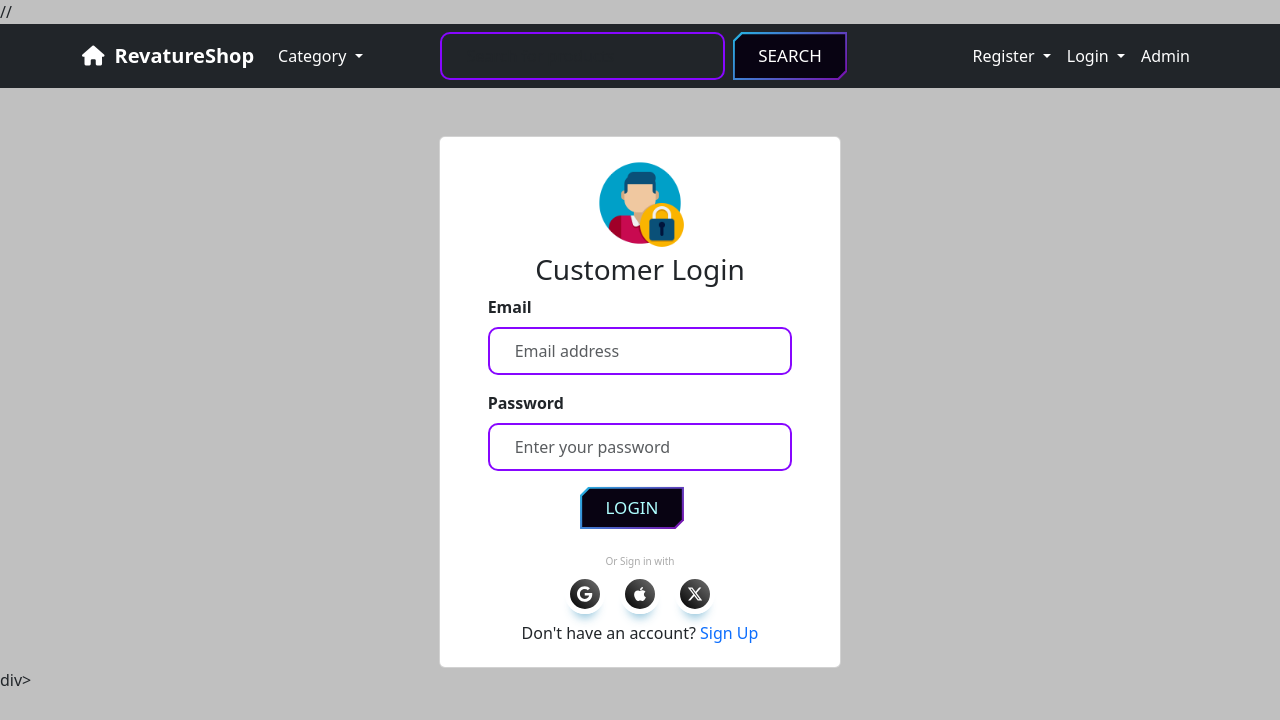
Repository: asmitsuragond15/Project_Ecom
Page: http://localhost/RevatureShop/login.jsp
The author's editor kept a copy of each file at every save. The page is drawn from the files as they stood at one save, then again after the next save.
The browser window is 1280 px wide. The pictures show the whole page.
The page is served by Tomcat 10. Other server files are loaded and not shown. Queries for data that is not in the repository find no rows.

Above is the page before, as saved 2024-08-31 19:10:08.

### RevatureShop/src/main/webapp/login.jsp
<%@ page language="java" contentType="text/html; charset=ISO-8859-1"
	pageEncoding="ISO-8859-1"%>
<!DOCTYPE html>
<html>
<head>
<meta charset="ISO-8859-1">
<title>Login</title>
<%@include file="Components/common_css_js.jsp"%>
<style>


label{
	font-weight: bold;
}



.btn {
  --border-color: linear-gradient(-45deg, #ffae00, #7e03aa, #00fffb);
  --border-width: 0.125em;
  --curve-size: 0.5em;
  --blur: 30px;
  --bg: #080312;
  --color: #afffff;
  color: var(--color);
  cursor: pointer;
  /* use position: relative; so that BG is only for .btn */
  position: relative;
  isolation: isolate;
  display: inline-grid;
  place-content: center;
  padding: 0.5em 1.5em;
  font-size: 17px;
  border: 0;
  text-transform: uppercase;
  box-shadow: 10px 10px 20px rgba(0, 0, 0, 0.6);
  clip-path: polygon(
    /* Top-left */ 0% var(--curve-size),
    var(--curve-size) 0,
    /* top-right */ 100% 0,
    100% calc(100% - var(--curve-size)),
    /* bottom-right 1 */ calc(100% - var(--curve-size)) 100%,
    /* bottom-right 2 */ 0 100%
  );
  transition: color 250ms;
}

.btn::after,
.btn::before {
  content: "";
  position: absolute;
  inset: 0;
}

.btn::before {
  background: var(--border-color);
  background-size: 300% 300%;
  animation: move-bg7234 5s ease infinite;
  z-index: -2;
}

@keyframes move-bg7234 {
  0% {
    background-position: 31% 0%;
  }

  50% {
    background-position: 70% 100%;
  }

  100% {
    background-position: 31% 0%;
  }
}

.btn::after {
  background: var(--bg);
  z-index: -1;
  clip-path: polygon(
    /* Top-left */ var(--border-width)
      calc(var(--curve-size) + var(--border-width) * 0.5),
    calc(var(--curve-size) + var(--border-width) * 0.5) var(--border-width),
    /* top-right */ calc(100% - var(--border-width)) var(--border-width),
    calc(100% - var(--border-width))
      calc(100% - calc(var(--curve-size) + var(--border-width) * 0.5)),
    /* bottom-right 1 */
      calc(100% - calc(var(--curve-size) + var(--border-width) * 0.5))
      calc(100% - var(--border-width)),
    /* bottom-right 2 */ var(--border-width) calc(100% - var(--border-width))
  );
  transition: clip-path 500ms;
}

.btn:where(:hover, :focus)::after {
  clip-path: polygon(
    /* Top-left */ calc(100% - var(--border-width))
      calc(100% - calc(var(--curve-size) + var(--border-width) * 0.5)),
    calc(100% - var(--border-width)) var(--border-width),
    /* top-right */ calc(100% - var(--border-width)) var(--border-width),
    calc(100% - var(--border-width))
      calc(100% - calc(var(--curve-size) + var(--border-width) * 0.5)),
    /* bottom-right 1 */
      calc(100% - calc(var(--curve-size) + var(--border-width) * 0.5))
      calc(100% - var(--border-width)),
    /* bottom-right 2 */
      calc(100% - calc(var(--curve-size) + var(--border-width) * 0.5))
      calc(100% - var(--border-width))
  );
  transition: 200ms;
}

.btn:where(:hover, :focus) {
  color: #fff;
}

.form-control{
  color: white;
  border: 2px solid #8707ff;
  border-radius: 10px;
  padding: 10px 25px;
  background: transparent;
  max-width: 100%;
}

.form-control:active {
  box-shadow: 2px 2px 15px #8707ff inset;
}




.social-account-container {
  margin-top: 25px;
}

.social-account-container .title {
  display: block;
  text-align: center;
  font-size: 10px;
  color: rgb(170, 170, 170);
}

.social-account-container .social-accounts {
  width: 100%;
  display: flex;
  justify-content: center;
  gap: 15px;
  margin-top: 5px;
  margin-bottom:10px;
}

.social-account-container .social-accounts .social-button {
  background: linear-gradient(45deg, rgb(0, 0, 0) 0%, rgb(112, 112, 112) 100%);
  border: 5px solid white;
  padding: 5px;
  border-radius: 50%;
  width: 40px;
  aspect-ratio: 1;
  display: grid;
  place-content: center;
  box-shadow: rgba(133, 189, 215, 0.8784313725) 0px 12px 10px -8px;
  transition: all 0.2s ease-in-out;
}

.social-account-container .social-accounts .social-button .svg {
  fill: white;
  margin: auto;
}

.social-account-container .social-accounts .social-button:hover {
  transform: scale(1.2);
}

.social-account-container .social-accounts .social-button:active {
  transform: scale(0.9);
}

.card-body
{
background-colour:rgb(155, 169, 142);
}

</style>
</head>
<body >

	<!--navbar -->
	//<%@include file="Components/navbar.jsp"%>


	<div class="container-fluid ">
		<div class="row mt-5">
			<div class="col-md-4 offset-md-4">
				<div class="card">
					<div class="card-body px-5 ">

						<div class="container text-center">
							<img src="Images/login.png" style="max-width: 100px;"
								class="img-fluid">
						</div>
						<h3 class="text-center">Customer Login</h3>
						<%@include file="Components/alert_message.jsp" %>

						<!--login-form-->
						<form id="login-form" action="LoginServlet" method="post">
							<input type="hidden" name="login" value="user">
							<div class="mb-3">
								<label class="form-label">Email</label> <input
									type="email" name="user_email" placeholder="Email address"
									class="form-control" required>
							</div>
							<div class="mb-3">
								<label class="form-label">Password</label>
								<input type="password" name="user_password"
									placeholder="Enter your password" class="form-control" required>
							</div>
							<div id="login-btn" class="container text-center">
								<button type="submit" class="btn btn-outline-primary me-3">Login</button>
							</div>
						</form>
						<div class="mt-3 text-center">


							 <div class="social-account-container">
        <span class="title">Or Sign in with</span>
        <div class="social-accounts">
          <button class="social-button google">
            <svg class="svg" xmlns="http://www.w3.org/2000/svg" height="1em" viewBox="0 0 488 512">
              <path d="M488 261.8C488 403.3 391.1 504 248 504 110.8 504 0 393.2 0 256S110.8 8 248 8c66.8 0 123 24.5 166.3 64.9l-67.5 64.9C258.5 52.6 94.3 116.6 94.3 256c0 86.5 69.1 156.6 153.7 156.6 98.2 0 135-70.4 140.8-106.9H248v-85.3h236.1c2.3 12.7 3.9 24.9 3.9 41.4z"></path>
            </svg></button>
          <button class="social-button apple">
            <svg class="svg" xmlns="http://www.w3.org/2000/svg" height="1em" viewBox="0 0 384 512">
              <path d="M318.7 268.7c-.2-36.7 16.4-64.4 50-84.8-18.8-26.9-47.2-41.7-84.7-44.6-35.5-2.8-74.3 20.7-88.5 20.7-15 0-49.4-19.7-76.4-19.7C63.3 141.2 4 184.8 4 273.5q0 39.3 14.4 81.2c12.8 36.7 59 126.7 107.2 125.2 25.2-.6 43-17.9 75.8-17.9 31.8 0 48.3 17.9 76.4 17.9 48.6-.7 90.4-82.5 102.6-119.3-65.2-30.7-61.7-90-61.7-91.9zm-56.6-164.2c27.3-32.4 24.8-61.9 24-72.5-24.1 1.4-52 16.4-67.9 34.9-17.5 19.8-27.8 44.3-25.6 71.9 26.1 2 49.9-11.4 69.5-34.3z"></path>
            </svg>
          </button>
          <button class="social-button twitter">
            <svg class="svg" xmlns="http://www.w3.org/2000/svg" height="1em" viewBox="0 0 512 512">
              <path d="M389.2 48h70.6L305.6 224.2 487 464H345L233.7 318.6 106.5 464H35.8L200.7 275.5 26.8 48H172.4L272.9 180.9 389.2 48zM364.4 421.8h39.1L151.1 88h-42L364.4 421.8z"></path>
            </svg>
          </button>
        </div>
							<h6>
								Don't have an account?<a href="register.jsp"
									style="text-decoration: none"> Sign Up</a>
							</h6>
						</div>
					</div>

				</div>
			</div>
		</div>
	</div>
</div>div>

</body>
</html>

### RevatureShop/src/main/webapp/Components/common_css_js.jsp
<!--CSS-->
<link href="https://cdn.jsdelivr.net/npm/bootstrap@5.3.0/dist/css/bootstrap.min.css" rel="stylesheet" integrity="sha384-9ndCyUaIbzAi2FUVXJi0CjmCapSmO7SnpJef0486qhLnuZ2cdeRhO02iuK6FUUVM" crossorigin="anonymous">
<!--font awesome-->
<!--<link rel="stylesheet" href="https://cdnjs.cloudflare.com/ajax/libs/font-awesome/4.7.0/css/font-awesome.min.css">
-->
<link rel="stylesheet" href="https://cdnjs.cloudflare.com/ajax/libs/font-awesome/6.4.0/css/all.min.css">
<link rel="stylesheet" href="CSS/style.css"/>


<!--JavaScript-->
<script src="https://cdn.jsdelivr.net/npm/bootstrap@5.3.0/dist/js/bootstrap.bundle.min.js" integrity="sha384-geWF76RCwLtnZ8qwWowPQNguL3RmwHVBC9FhGdlKrxdiJJigb/j/68SIy3Te4Bkz" crossorigin="anonymous"></script>
<script src="JS/script.js"></script>

<!--jQuery-->
<script src="https://code.jquery.com/jquery-3.7.0.min.js" integrity="sha256-2Pmvv0kuTBOenSvLm6bvfBSSHrUJ+3A7x6P5Ebd07/g=" crossorigin="anonymous"></script>
<!--sweet alert-->
<script src="https://unpkg.com/sweetalert/dist/sweetalert.min.js"></script>
<script src="https://cdn.jsdelivr.net/npm/sweetalert2@11"></script>

### RevatureShop/src/main/webapp/Components/navbar.jsp
<%@page import="com.revature.entities.Admin"%>
<%@page import="com.revature.entities.Cart"%>
<%@page import="com.revature.dao.CartDao"%>
<%@page import="com.revature.entities.User"%>
<%@page import="java.util.List"%>
<%@page import="com.revature.entities.Category"%>
<%@page import="com.revature.helper.ConnectionProvider"%>
<%@page import="com.revature.dao.CategoryDao"%>
<%
User user = (User) session.getAttribute("activeUser");
Admin admin = (Admin) session.getAttribute("activeAdmin");

CategoryDao catDao = new CategoryDao(ConnectionProvider.getConnection());
List<Category> categoryList = catDao.getAllCategories();
int cartCount = 0; // Initialize cartCount to prevent errors

if (user != null) {
    CartDao cartDao = new CartDao(ConnectionProvider.getConnection());
    cartCount = cartDao.getCartCountByUserId(user.getUserId());
}
%>
<style>
    .navbar {
        font-weight: 500;
    }
    .nav-link {
        color: #ffffff !important;
        font-size: 1rem;
    }
    .navbar-brand {
        font-size: 1.25rem;
        font-weight: bold;
    }
    .dropdown-menu {
        background-color: #343a40 !important;
        border: none;
    }
    .dropdown-menu li a {
        color: #ffffff;
    }
    .dropdown-menu li a:hover {
        background-color: #495057 !important;
        color: #ffffff;
    }
    .btn-outline-light {
        border-color: #ffffff;
        color: #ffffff;
    }
    .btn-outline-light:hover {
        background-color: #ffffff;
        color: #343a40;
    }
    .navbar-toggler-icon {
        background-image: url('data:[embedded picture, 283 characters]');
    }
    input
    {
    background-colour:white;
    }
</style>
<nav class="navbar navbar-expand-lg navbar-dark bg-dark">
    <div class="container">
        <a class="navbar-brand" href="index.jsp">
            <i class="fa-sharp fa-solid fa-house"></i>&ensp;RevatureShop
        </a>
        <button class="navbar-toggler" type="button" data-bs-toggle="collapse" data-bs-target="#navbarSupportedContent" aria-controls="navbarSupportedContent" aria-expanded="false" aria-label="Toggle navigation">
            <span class="navbar-toggler-icon"></span>
        </button>
        <div class="collapse navbar-collapse" id="navbarSupportedContent">
            <% if (admin != null) { %>
                <!-- Admin Nav Bar -->
                <ul class="navbar-nav ms-auto mb-2 mb-lg-0">
                    <li class="nav-item">
                        <button type="button" class="btn btn-outline-light" data-bs-toggle="modal" data-bs-target="#add-category">
                            <i class="fa-solid fa-plus fa-xs"></i>&nbsp;Add Category
                        </button>
                    </li>
                    <li class="nav-item">
                        <button type="button" class="btn btn-outline-light" data-bs-toggle="modal" data-bs-target="#add-product">
                            <i class="fa-solid fa-plus fa-xs"></i>&nbsp;Add Product
                        </button>
                    </li>
                    <li class="nav-item">
                        <a class="nav-link" href="admin.jsp"><%=admin.getName()%></a>
                    </li>
                    <li class="nav-item">
                        <a class="nav-link" href="LogoutServlet?user=admin">
                            <i class="fa-solid fa-user-slash"></i>&nbsp;Logout
                        </a>
                    </li>
                </ul>
            <% } else { %>
                <!-- Guest/All Users Nav Bar -->
                <ul class="navbar-nav me-auto mb-2 mb-lg-0">

                    <li class="nav-item dropdown">
                        <a class="nav-link dropdown-toggle" href="#" role="button" data-bs-toggle="dropdown" aria-expanded="false">
                            Category
                        </a>
                        <ul class="dropdown-menu">
                            <li><a class="dropdown-item" href="products.jsp?category=0">All Products</a></li>
                            <% for (Category c : categoryList) { %>
                                <li><a class="dropdown-item" href="products.jsp?category=<%=c.getCategoryId()%>"><%=c.getCategoryName()%></a></li>
                            <% } %>
                        </ul>
                    </li>
                </ul>
                <form class="d-flex pe-5" role="search" action="products.jsp" method="get">
                    <input name="search" class="form-control me-2" type="search" placeholder="Search for products" aria-label="Search">
                    <button class="btn btn-outline-light" type="submit">Search</button>
                </form>
                <% if (user != null) { %>
                    <!-- Logged-in User Nav Bar -->
                    <ul class="navbar-nav ms-auto">
                        <li class="nav-item pe-3">
                            <a class="nav-link position-relative" href="cart.jsp">
                                <i class="fa-solid fa-cart-shopping"></i>&nbsp;Cart
                                <span class="position-absolute top-0 start-100 translate-middle badge rounded-pill bg-danger"><%=cartCount%></span>
                            </a>
                        </li>
                        <li class="nav-item pe-3">
                            <a class="nav-link" href="profile.jsp"><%=user.getUserName()%></a>
                        </li>
                        <li class="nav-item pe-3">
                            <a class="nav-link" href="LogoutServlet?user=user">
                                <i class="fa-solid fa-user-slash"></i>&nbsp;Logout
                            </a>
                        </li>
                    </ul>
                <% } else { %>
                    <!-- Guest Nav Bar -->
                    <ul class="navbar-nav ms-auto">
                        <li class="nav-item dropdown">
                            <a class="nav-link dropdown-toggle" href="#" role="button" data-bs-toggle="dropdown" aria-expanded="false">
                                Register
                            </a>
                            <ul class="dropdown-menu">
                                <li><a class="dropdown-item" href="register.jsp">
                                    <i class="fa-solid fa-user-plus"></i> Register Customer
                                </a></li>
                                <li><a class="dropdown-item" href="seller.jsp">
                                    <i class="fa-solid fa-user-plus"></i> Register Seller
                                </a></li>
                            </ul>
                        </li>
                        <li class="nav-item dropdown">
                            <a class="nav-link dropdown-toggle" href="#" role="button" data-bs-toggle="dropdown" aria-expanded="false">
                                Login
                            </a>
                            <ul class="dropdown-menu">
                                <li><a class="dropdown-item" href="login.jsp">
                                    <i class="fa-solid fa-user-lock"></i> Login Customer
                                </a></li>
                                <li><a class="dropdown-item" href="sellerlogin.jsp">
                                    <i class="fa-solid fa-user-lock"></i> Login Seller
                                </a></li>
                            </ul>
                        </li>
                        <li class="nav-item">
                            <a class="nav-link" href="admin.jsp">Admin</a>
                        </li>
                    </ul>
                <% } %>
            <% } %>
        </div>
    </div>
</nav>

### RevatureShop/src/main/webapp/Components/alert_message.jsp
<%@page import="com.eazydeals.entities.Message"%>
<%
Message messg = (Message) session.getAttribute("message");
if (messg != null) {
%>
<div class="alert <%=messg.getCssClass()%>" role="alert" id="alert">
	<%=messg.getMessage()%>
</div>
<%
session.removeAttribute("message");
}
%>
<script type="text/javascript">
	setTimeout(function() {
		$('#alert').alert('close');
	}, 3000);
</script>

### RevatureShop/src/main/java/com/revature/dao/CategoryDao.java
package com.revature.dao;

import java.sql.Connection;
import java.sql.PreparedStatement;
import java.sql.ResultSet;
import java.sql.SQLException;
import java.sql.Statement;
import java.util.ArrayList;
import java.util.List;
import com.revature.entities.Category;

public class CategoryDao {
	private Connection con;

	public CategoryDao(Connection con) {
		super();
		this.con = con;
	}

	public boolean saveCategory(Category category) {
		boolean flag = false;

		try {
			String query = "insert into category(name, image) values(?, ?)";
			PreparedStatement psmt = this.con.prepareStatement(query);
			psmt.setString(1, category.getCategoryName());
			psmt.setString(2, category.getCategoryImage());

			psmt.executeUpdate();
			flag = true;

		} catch (SQLException e) {
			e.printStackTrace();
		}
		return flag;
	}

	public List<Category> getAllCategories() {

		List<Category> list = new ArrayList<>();
		try {

			String query = "select * from category";
			Statement statement = this.con.createStatement();

			ResultSet rs = statement.executeQuery(query);
			while (rs.next()) {
				Category category = new Category();
				category.setCategoryId(rs.getInt("cid"));
				category.setCategoryName(rs.getString("name"));
				category.setCategoryImage(rs.getString("image"));

				list.add(category);
			}
		} catch (Exception e) {
			e.printStackTrace();
		}

		return list;
	}
	public Category getCategoryById(int cid) {
		Category category = new Category();
		try {
			String query = "select * from category where cid = ?";
			PreparedStatement psmt = this.con.prepareStatement(query);
			psmt.setInt(1, cid);
			ResultSet rs = psmt.executeQuery();
			while (rs.next()) {
				category.setCategoryId(rs.getInt("cid"));
				category.setCategoryName(rs.getString("name"));
				category.setCategoryImage(rs.getString("image"));
			}
		} catch (Exception e) {
			e.printStackTrace();
		}
		return category;
	}
	public String getCategoryName(int catId) {
		String category = "";
		try {
			String query = "select * from category where cid = ?";
			PreparedStatement psmt = this.con.prepareStatement(query);
			psmt.setInt(1, catId);
			ResultSet rs = psmt.executeQuery();
			while (rs.next()) {
				category = rs.getString("name");
			}

		} catch (Exception e) {
			e.printStackTrace();
		}
		return category;
	}

	public void updateCategory(Category cat) {
		try {
			String query = "update category set name=?, image=? where cid=?";
			PreparedStatement psmt = this.con.prepareStatement(query);
			psmt.setString(1, cat.getCategoryName());
			psmt.setString(2, cat.getCategoryImage());
			psmt.setInt(3, cat.getCategoryId());

			psmt.executeUpdate();
		} catch (Exception e) {
			e.printStackTrace();
		}
	}

	public void deleteCategory(int cid) {
		try {
			String query = "delete from category where cid = ?";
			PreparedStatement psmt = this.con.prepareStatement(query);
			psmt.setInt(1, cid);

			psmt.executeUpdate();

		} catch (Exception e) {
			e.printStackTrace();
		}
	}
	public int categoryCount() {
		int count = 0;
		try {
			String query = "select count(*) from category";
			Statement stmt = con.createStatement();
			ResultSet rs = stmt.executeQuery(query);
			rs.next();
			count = rs.getInt(1);
		} catch (Exception e) {
			e.printStackTrace();
		}
		return count;
	}
}

### RevatureShop/src/main/java/com/revature/helper/ConnectionProvider.java
package com.revature.helper;

import java.sql.Connection;
import java.sql.DriverManager;
import jakarta.servlet.http.HttpServlet;

public class ConnectionProvider extends HttpServlet{

	private static final long serialVersionUID = 1L;
	private static Connection connection;

	public static Connection getConnection() {

		try {
			if (connection == null) {
				Class.forName("com.mysql.cj.jdbc.Driver");
				connection = DriverManager.getConnection("jdbc:mysql://localhost:3306/eazydeals","root","P7028460201p$");
			}
		} catch (Exception e) {
			e.printStackTrace();
		}
		return connection;
	}

}

### RevatureShop/src/main/webapp/CSS/style.css
.custom-color {
	/*background: linear-gradient(90deg, rgba(198,245,255,1) 0%, rgba(137,182,254,1) 28%, rgba(123,124,255,1) 58%, rgba(105,97,255,1) 87%, rgba(36,24,255,1) 100%);
*/
	background: radial-gradient(circle, rgba(112, 192, 255, 1) 0%,
		rgba(98, 153, 254, 1) 24%, rgba(123, 124, 255, 1) 49%,
		rgba(97, 124, 255, 1) 86%, rgba(36, 24, 255, 1) 100%);
}

body {
	background-color: rgb(192, 192, 192);
	}

Loaded but not shown: RevatureShop/src/main/webapp/JS/script.js (common file)

After the next save:
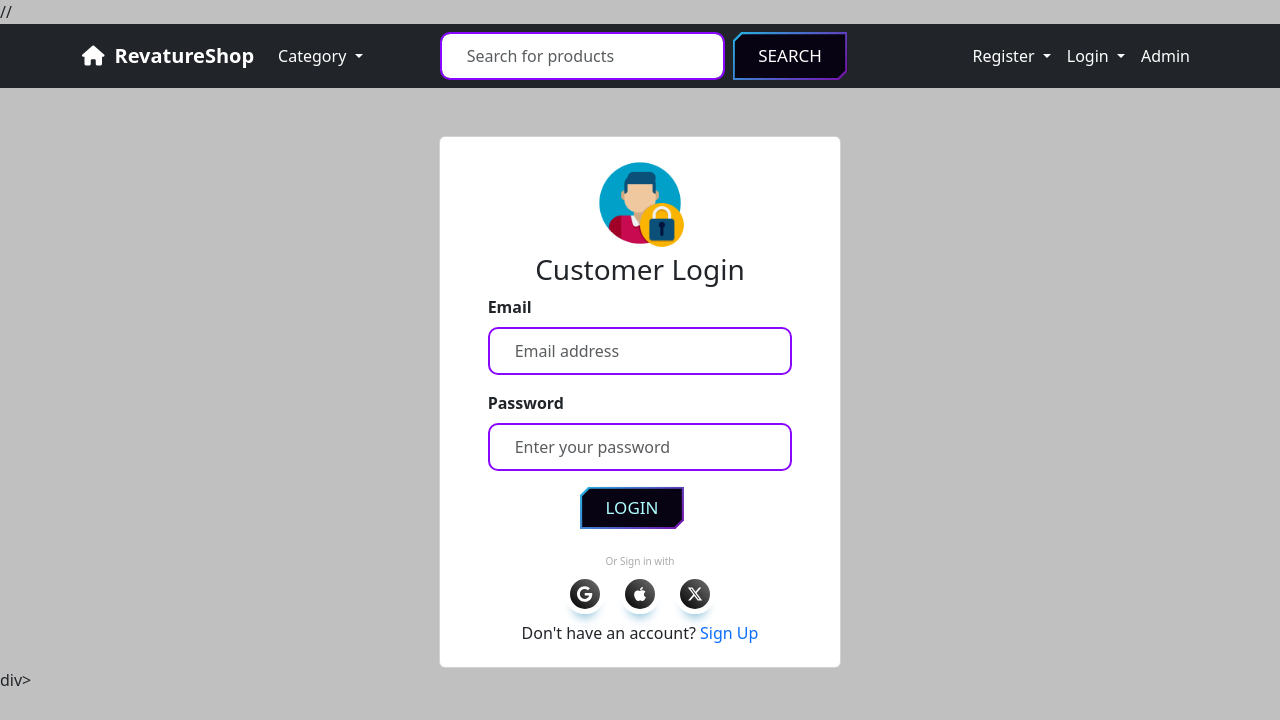
Saved 2 min 25 s later.
--- a/RevatureShop/src/main/webapp/login.jsp
+++ b/RevatureShop/src/main/webapp/login.jsp
@@ -118,7 +118,7 @@ label{
   border: 2px solid #8707ff;
   border-radius: 10px;
   padding: 10px 25px;
-  background: transparent;
+
   max-width: 100%;
 }
 
